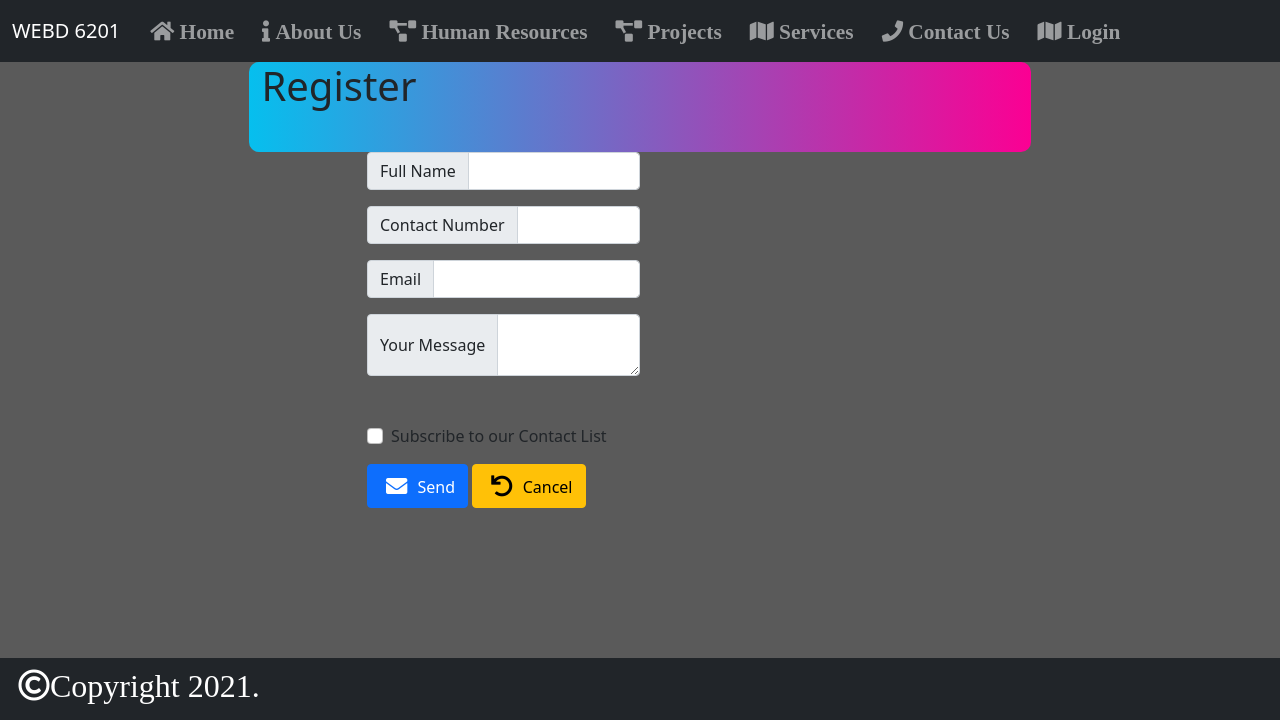
Repository: vans12345678/WEBD6201-W2021-Lab2
Page: register.html
The author's editor kept a copy of each file at every save. The page is drawn from the files as they stood at one save, then again after the next save.
The browser window is 1280 px wide. The pictures show the whole page.

Above is the page before, as saved 2021-03-06 18:26:02.

After the next save:
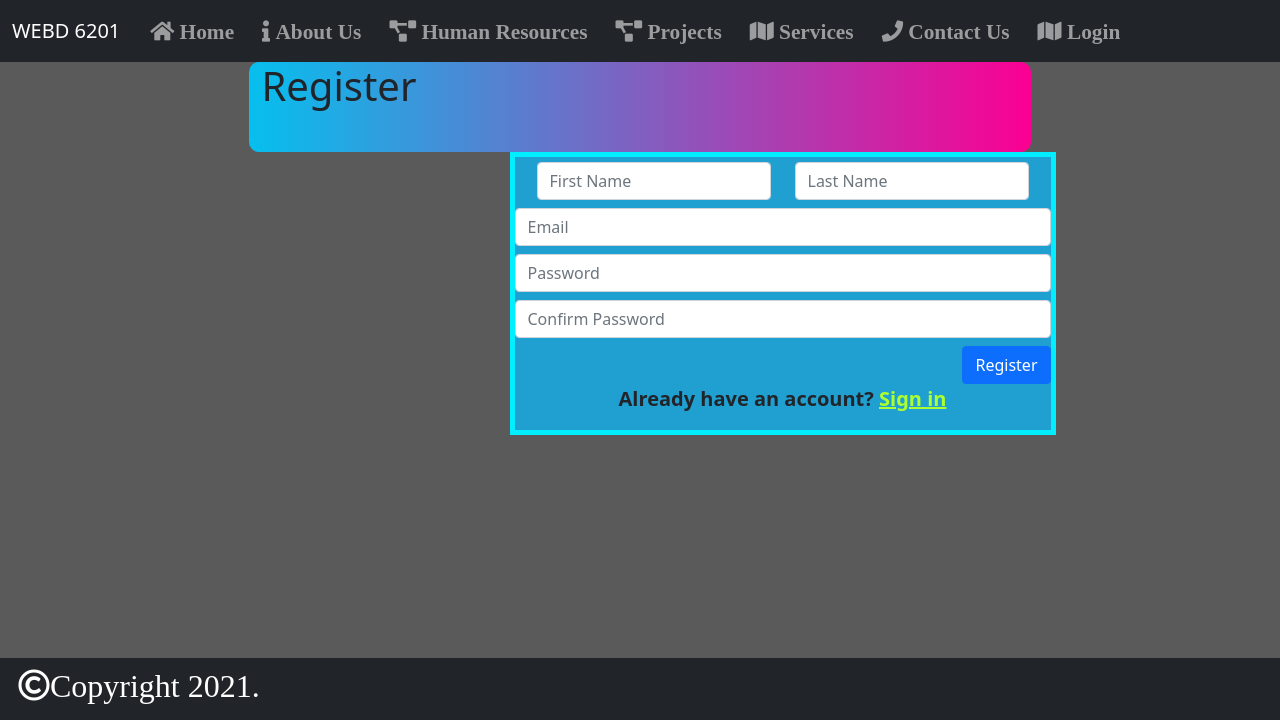
Saved 50 s later.
--- a/register.html
+++ b/register.html
@@ -49,44 +49,53 @@
     <!-- Main Content -->
     <main class="container" id="mainContent">
         <h1 class = "container">Register</h1>
-        <div class="row">
+        <div class="row justify-content-lg-center">
             <div class="offset-md-3 col-md-6 col-sm-12">
                   <div class="login" id="contentArea"></div>
                   <div id = "messageArea" class="hidden"></div>
-                  <form class="col-lg-6 col-md-10 col-sm-10">
-
-                    <div class="input-group mb-3">
-                      <span class="input-group-text" id="inputGroup-sizing-default">Full Name </span>
-                      <input id="fullName" type="text" class="form-control" aria-label="Full Name" aria-describedby="Full Name Input"
-                      name="fullName" required>
-                    </div>
-
-                    <div class="input-group mb-3">
-                      <span class="input-group-text" id="inputGroup-sizing-default">Contact Number</span>
-                      <input id="contactNumber" type="tel" class="form-control" aria-label="Contact Number" aria-describedby="Contact Number Input"
-                      name="contactNumber" required>
-                    </div>
-
-                    <div class="input-group mb-3">
-                      <span class="input-group-text" id="inputGroup-sizing-default">Email</span>
-                      <input id="emailAddress" type="email" class="form-control" aria-label="Email Address" aria-describedby="Email Address Input"
-                      name="emailAddress" required>
-                    </div>
-
-                    <div class="input-group mb-3">
-                      <span class="input-group-text">Your Message</span>
-                      <textarea id="message" class="form-control" aria-label="With textarea" required></textarea>
-                    </div>
-
-                  <div class = "form-check mt-5 mb-3">
-                    <!-- <span class="input-group-text" id="inputGroup-sizing-default">Subscribe</span> -->
-                    <input id="subscribeCheckBox" name="subscribeCheckBox"class="form-check-input" type="checkbox" value="">
-                    <label class="form-check-label" for="flexCheckChecked"> Subscribe to our Contact List</label>
-                  </div>
-
-                    <button id="sendButton" type="submit" class="btn btn-primary"><i class="fas fa-envelope fa-lg"></i> Send</button>
-                    <button id="cancelButton" type="reset" class="btn btn-warning"><i class="fas fa-undo fa-lg"></i> Cancel</button>
-                  </form>
+                      <form class = "formBackground " id="registerForm">
+                        <div class="form-group mb-2">
+                          <div class="row inputMargin">
+                            <div class="col-md-6">
+                              <input class="form-control" type="text" id="firstName" placeholder="First Name" name="firstName" required = "required">
+                            </div>
+                            <div class="col-md-6">
+                              <input class="form-control" type="text" name="lastName" id="lastName" placeholder="Last Name" required= "required">
+                            </div>
+                          </div>
+                        </div>
+                        <div class="form-group mb-2">
+                          <div class="row">
+                            <div class="col-md-12">
+                              <input type="email" class="form-control" id="emailAddress" name="emailAddress"
+                              value="" placeholder="Email"required= "required">
+                            </div>
+                          </div>
+                        </div>
+                        <div class="form-group mb-2">
+                          <div class="row">
+                            <div class="col-md-12">
+                              <input type="password" class="form-control" id="password" name="password"
+                              value="" placeholder="Password"required= "required">
+                            </div>
+                          </div>
+                        </div>
+                        <div class="form-group mb-2">
+                          <div class="row">
+                            <div class="col-md-12">
+                              <input type="password" class="form-control" id="confirmPassword" name="confirmPassword"
+                              value="" placeholder="Confirm Password" required= "required">
+                            </div>
+                          </div>
+                        </div>
+                        <div class="text-end">
+                          <button id="registerButton" type="button" class="btn btn-primary btn-md buttonMargin">Register</button>
+                        </div>
+                        <p class="text-center fs-5 fw-bold">
+                        Already have an account?
+                        <a href="login.html">Sign in</a>
+                        </p>
+                      </form>
                   </div>
             </div>
         </div>
